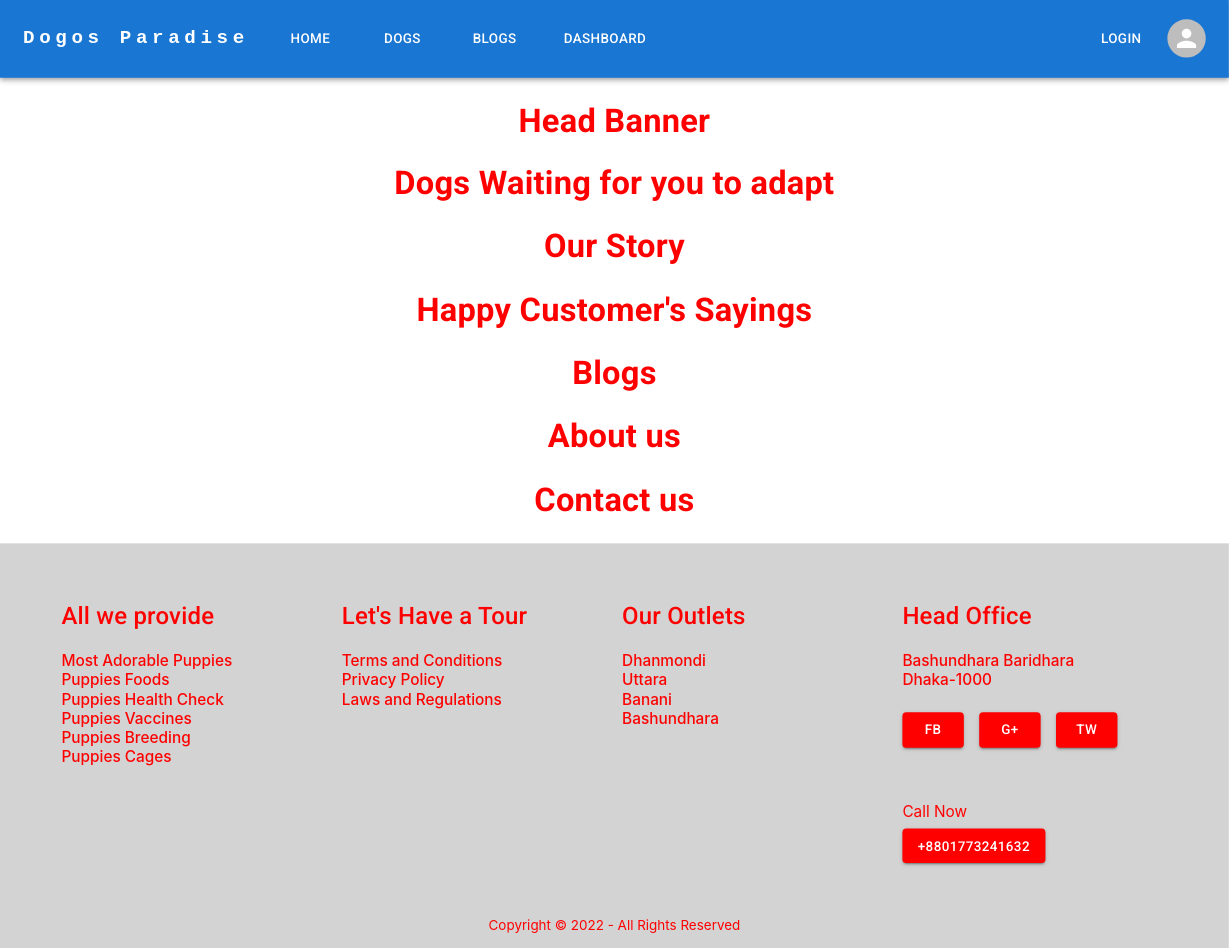
Repository: Sharif-00112/dogos-paradise-client
Page: /
The author's editor kept a copy of each file at every save. The page is drawn from the files as they stood at one save, then again after the next save.
The browser window is 1280 px wide. The pictures show the whole page, at 96% of full size.
The project was rebuilt for these pictures with package versions that can differ from the ones it lists, and the page was loaded fresh each time. Also part of the build but not shown: src/Pages/Login/Login/Login.js, src/Pages/Login/Register/Register.js, src/Pages/NotFound/NotFound.js.

Above is the page before, as saved 2022-12-01 22:51:24.

After the next save:
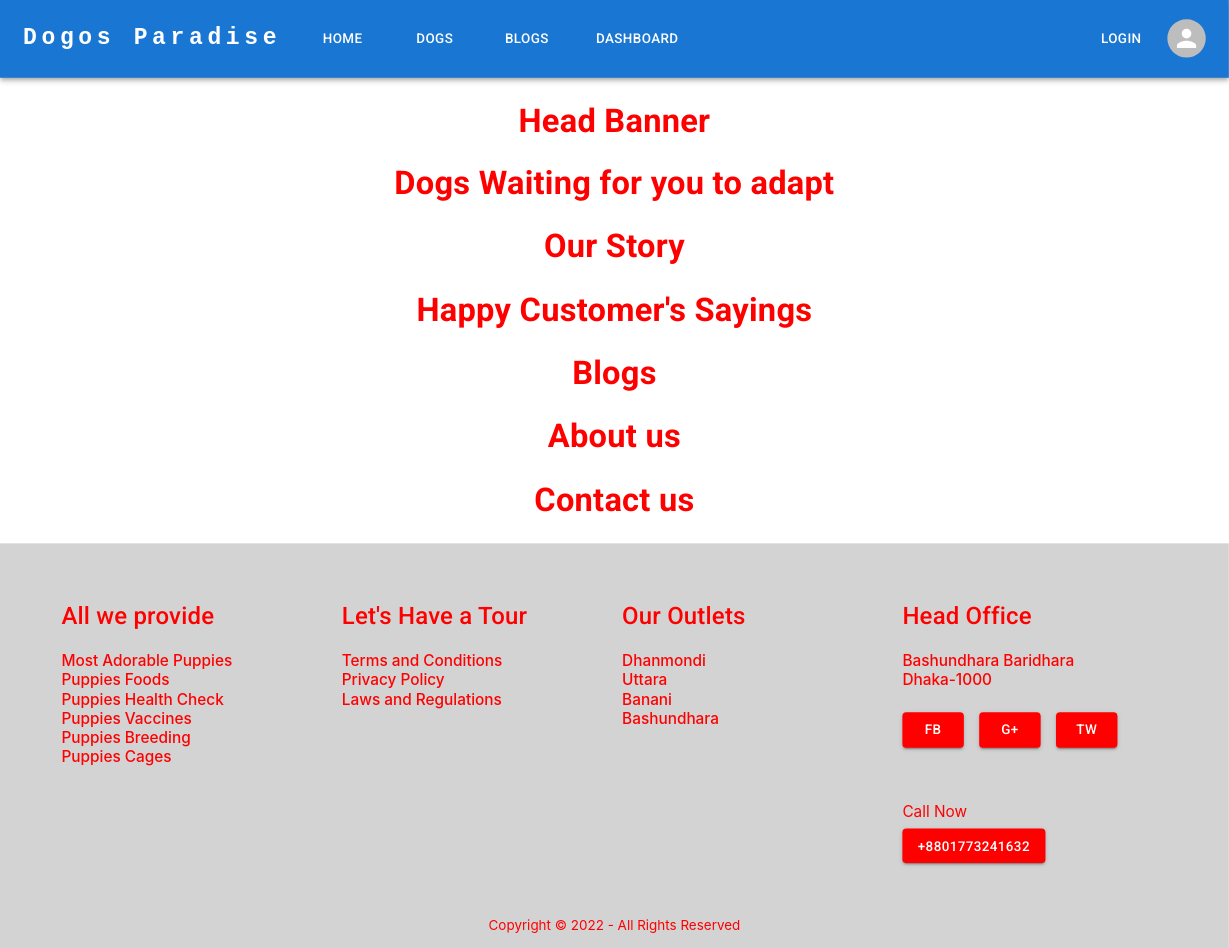
Saved 81 s later.
--- a/src/Pages/Shared/Navigation/Navigation.js
+++ b/src/Pages/Shared/Navigation/Navigation.js
@@ -91,7 +91,7 @@ const Navigation = () => {
                     <Toolbar disableGutters>
                     {/* <AdbIcon sx={{ display: { xs: 'none', md: 'flex' }, mr: 1 }} /> */}
                     <Typography
-                        variant="h6"
+                        variant="h5"
                         noWrap
                         component="a"
                         href="/"
